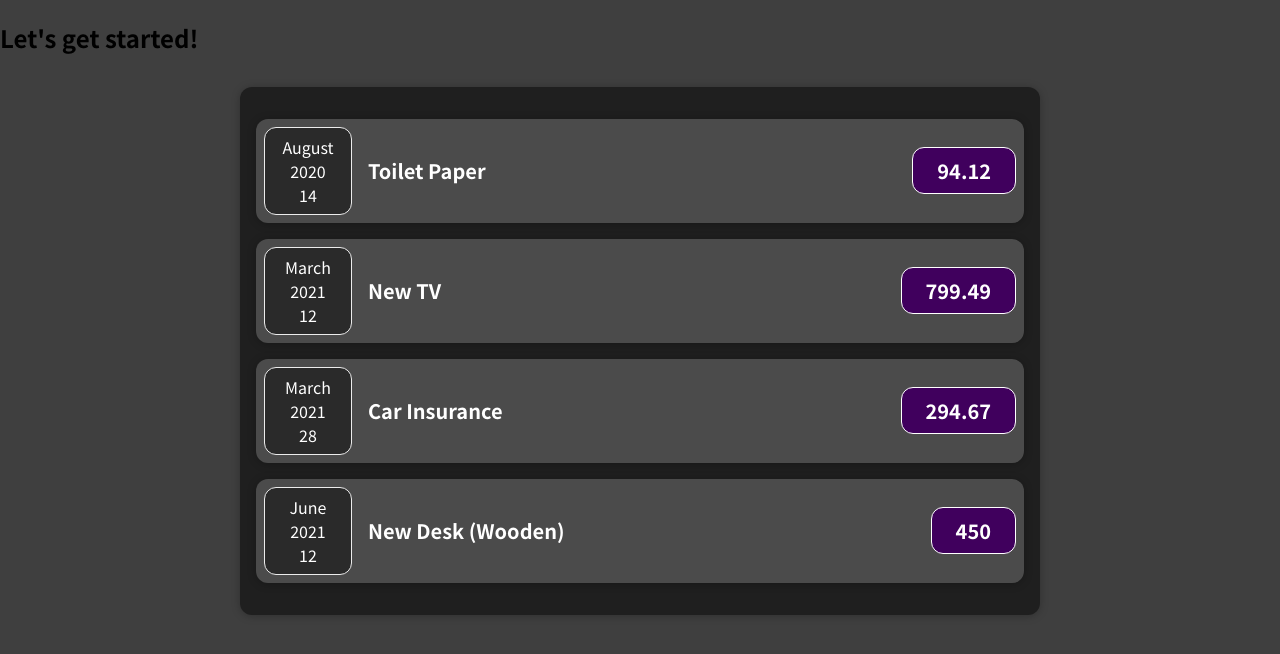
Repository: kowalkos/react-course-first
Page: /
The author's editor kept a copy of each file at every save. The page is drawn from the files as they stood at one save, then again after the next save.
The browser window is 1280 px wide. The pictures show the whole page.
The project was rebuilt for these pictures with package versions that can differ from the ones it lists, and the page was loaded fresh each time.

Above is the page before, as saved 2021-11-29 22:22:56.

After the next save:
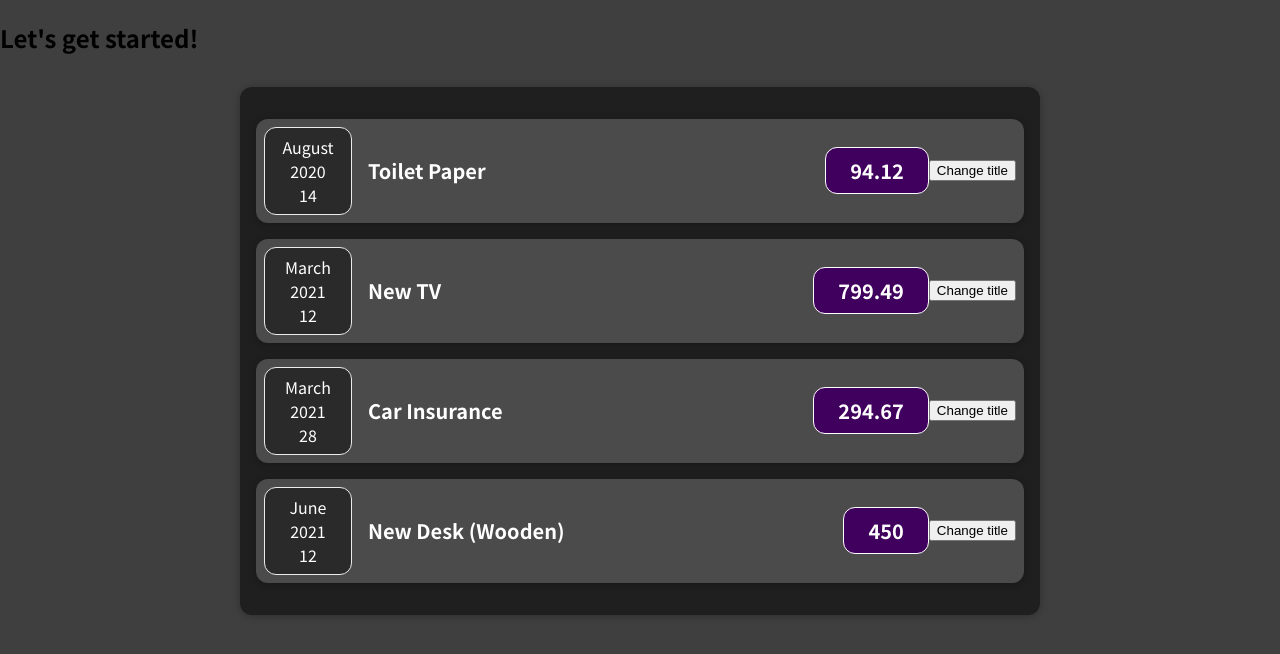
Saved 35 s later.
--- a/src/components/ExpenseItem.js
+++ b/src/components/ExpenseItem.js
@@ -9,6 +9,7 @@ function ExpenseItem(props) {
         <h2>{props.title}</h2>
         <div className="expense-item__price">{props.amount}</div>
       </div>
+      <button>Change title</button>
     </Card>
   );
 }
